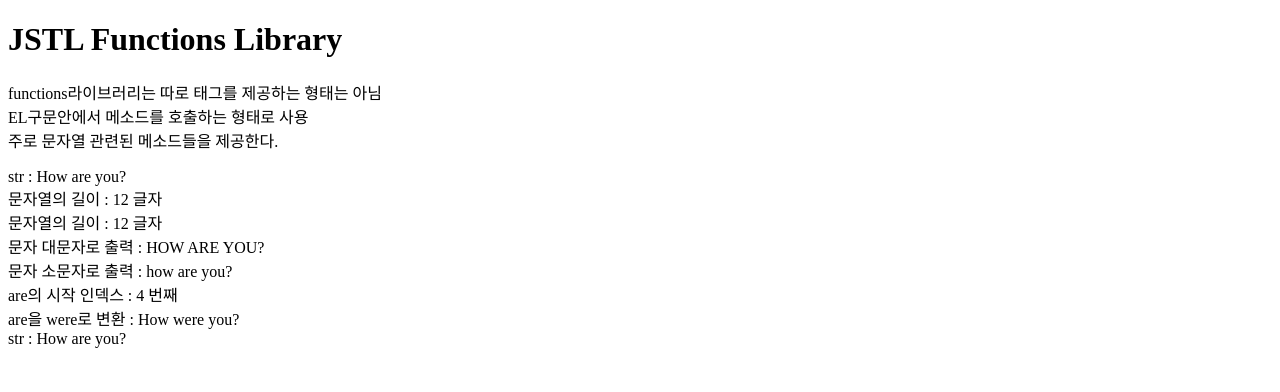
Repository: DonghwanSon1/ajax-jsp-study
Page: http://localhost/ActionProject/views/3_CustomAction/03_functions.jsp
An editor plug-in stored every save of this project. The page is shown before and after the next save, followed by the edit.
The browser window is 1280 px wide. The pictures show the whole page.
The page is served by Tomcat 9. Other server files are loaded and not shown.

Above is the page before, as saved 2022-07-13 02:26:19.

### ActionProject/WebContent/views/3_CustomAction/03_functions.jsp
<%@ page language="java" contentType="text/html; charset=UTF-8"
    pageEncoding="UTF-8"%>
<%@ taglib prefix="c" uri="http://java.sun.com/jsp/jstl/core" %>
<%@ taglib prefix="fn" uri="http://java.sun.com/jsp/jstl/functions" %>
<!DOCTYPE html>
<html>
<head>
<meta charset="UTF-8">
<title>functions 페이지</title>
</head>
<body>

	<h1>JSTL Functions Library</h1>

	<p>
		functions라이브러리는 따로 태그를 제공하는 형태는 아님 <br>
		EL구문안에서 메소드를 호출하는 형태로 사용 <br>
		주로 문자열 관련된 메소드들을 제공한다. <br>
	</p>

	<c:set var="str" value="How are you?"></c:set>

	str : ${ str } <br>

	문자열의 길이 : ${ str.length() } 글자 <br> <!-- 자바방식 -->
	문자열의 길이 : ${ fn:length(str) } 글자 <br> <!-- functions 라이브러리 방식 -->

	문자 대문자로 출력 : ${ fn:toUpperCase(str) } <br>
	문자 소문자로 출력 : ${ fn:toLowerCase(str) } <br>

	are의 시작 인덱스 : ${ fn:indexOf(str,"are") } 번째 <br>

	are을 were로 변환 : ${ fn:replace(str, "are", "were") } <br>

	str : ${ str } <br>








</body>
</html>

After the next save:
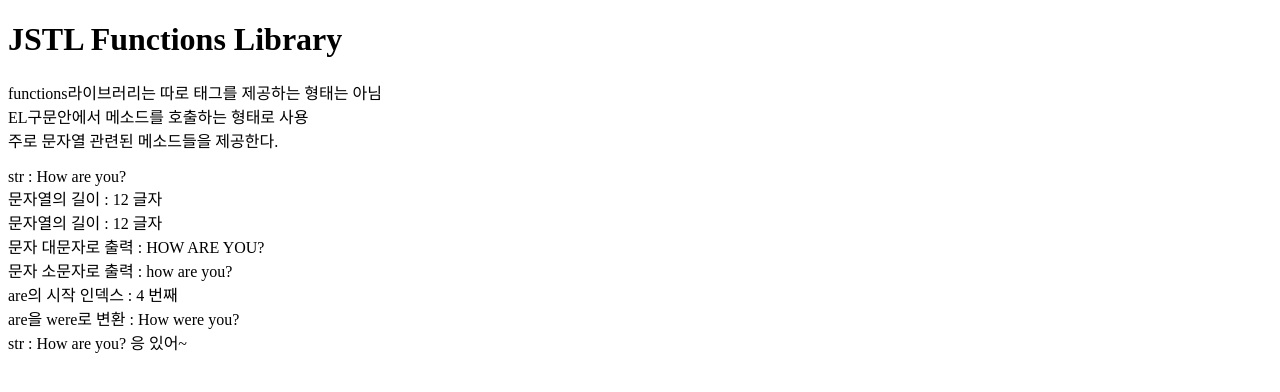
Saved 87 s later.
--- a/ActionProject/WebContent/views/3_CustomAction/03_functions.jsp
+++ b/ActionProject/WebContent/views/3_CustomAction/03_functions.jsp
@@ -32,7 +32,11 @@
 
 	are을 were로 변환 : ${ fn:replace(str, "are", "were") } <br>
 
-	str : ${ str } <br>
+	str : ${ str }
+
+	<c:if test="${ fn:contains(str, 'are') }" >
+		응 있어~
+	</c:if>
 
 
 
